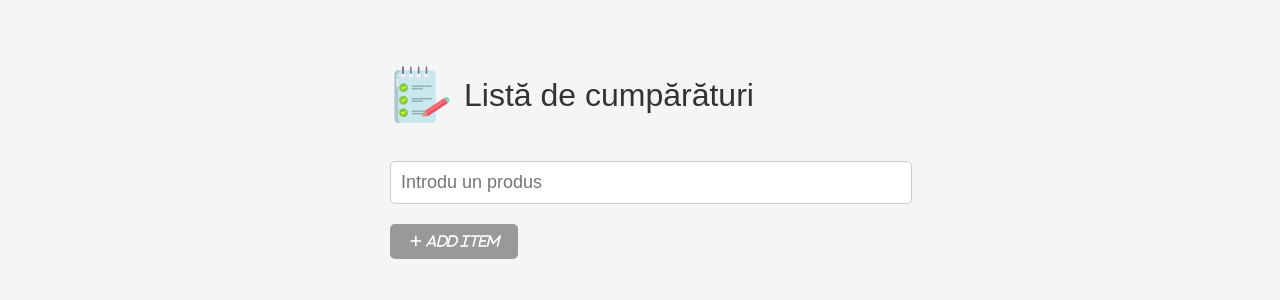
Repository: klaus0005/shopping-list
Page: index.html
An editor plug-in stored every save of this project. The page is shown before and after the next save, followed by the edit.
The browser window is 1280 px wide. The pictures show the whole page.
Some web libraries are served in a nearby version.

Above is the page before, as saved 2024-06-26 23:55:56.

### index.html
<!DOCTYPE html>
<html lang="en">

  <head>
    <meta charset="UTF-8" />
    <meta http-equiv="X-UA-Compatible" content="IE=edge" />
    <meta name="viewport" content="width=device-width, initial-scale=1.0" />
    <link rel="stylesheet" href="https://cdnjs.cloudflare.com/ajax/libs/font-awesome/6.1.2/css/all.min.css"
      integrity="sha512-1sCRPdkRXhBV2PBLUdRb4tMg1w2YPf37qatUFeS7zlBy7jJI8Lf4VHwWfZZfpXtYSLy85pkm9GaYVYMfw5BC1A=="
      crossorigin="anonymous" referrerpolicy="no-referrer" />
    <link rel="stylesheet" href="style.css" />
    <title>Listă de cumpărături</title>
  </head>

  <body>
    <div class="container">
      <header>
        <img src="images/note.png" alt="" />
        <h1>Listă de cumpărături</h1>
      </header>
      <form id="item-form">
        <div class="form-control">
          <input type="text" class="form-input" id="item-input" name="item" placeholder="Introdu un produs" />
        </div>
        <div class="form-control">
          <button type="submit" class="btn">
            <i class="fa-solid fa-plus"></i> Adaugă
          </button>
        </div>
      </form>

      <div class="filter">
        <input type="text" class="form-input-filter" id="filter" placeholder="Filtrează produse" />
      </div>

      <ul id="item-list" class="items"></ul>

      <button id="clear" class="btn-clear">Șterge tot</button>
    </div>

    <script src="script.js"></script>
  </body>

</html>

### style.css
git add .
@import url('https://fonts.googleapis.com/css2?family=Poppins:wght@300;400;700&display=swap');

*,
*::before,
*::after {
  margin: 0;
  padding: 0;
  box-sizing: border-box;
}

body {
  font-family: 'Poppins', sans-serif;
  font-size: 16px;
  line-height: 1.5;
  color: #333;
  background-color: #f5f5f5;
}

header {
  display: flex;
  justify-content: flex-start;
  align-items: center;
  margin-bottom: 20px;
}

header h1 {
  font-weight: 300;
  margin-left: 10px;
}

.container {
  max-width: 500px;
  margin: 30px auto;
  padding: 20px;
}

.edit-mode {
  color: #ccc;
}

/* Form & Input */
.form-input {
  width: 100%;
  font-size: 18px;
  margin-bottom: 20px;
  padding: 10px;
  border: 1px solid #ccc;
  border-radius: 5px;
  outline: none;
}

.form-input-filter {
  margin-top: 20px;
  width: 100%;
  font-size: 18px;
  margin-bottom: 20px;
  padding: 10px;
  border: none;
  border-bottom: 1px solid #ccc;
  background: transparent;
  outline: none;
}

/* Buttons */
.btn {
  background-color: #333;
  color: #fff;
  border: none;
  border-radius: 5px;
  padding: 10px 20px;
  cursor: pointer;
}

.btn:hover {
  background-color: #444;
}

.btn-link {
  font-size: 16px;
  background-color: transparent;
  color: #333;
  border: none;
  padding: 0;
  cursor: pointer;
}

.btn-clear {
  margin-top: 20px;
  width: 100%;
  font-size: 16px;
  background-color: transparent;
  color: #333;
  border: 1px solid #ccc;
  border-radius: 5px;
  padding: 10px 20px;
  cursor: pointer;
}

.btn-clear:hover {
  background-color: #f1f1f1;
}

.text-red {
  color: red;
}

/* Items */

.items {
  margin-top: 20px;
  display: flex;
  flex-wrap: wrap;
}

.items li {
  display: flex;
  justify-content: space-between;
  width: 45%;
  border: 1px solid #ccc;
  border-radius: 5px;
  padding: 10px 15px;
  margin: 0 5px 20px;
  font-weight: 700;
  cursor: pointer;
}

@media (max-width: 500px) {
  .items li {
    width: 100%;
  }
}

### script.js
const itemForm = document.getElementById('item-form');
const itemInput = document.getElementById('item-input');
const itemList = document.getElementById('item-list');
const clearBtn = document.getElementById('clear');
const itemFilter = document.getElementById('filter');
const formBtn = itemForm.querySelector('button');
let isEditMode = false;

function displayItems() {
  const itemsFromStorage = getItemsFromStorage();
  itemsFromStorage.forEach((item) => addItemToDOM(item));
  checkUI();
}

function onAddItemSubmit(e) {
  e.preventDefault();
  const newItem = itemInput.value;

  //Validate input
  if (newItem === '') {
    alert('Please add an item');
    return;
  }

  //Check for edit mode
  if (isEditMode) {
    const itemToEdit = itemList.querySelector('.edit-mode');

    removeItemFromStorage(itemToEdit.textContent);
    itemToEdit.classList.remove('.edit-mode');
    itemToEdit.remove();
    isEditMode = false;
  } else {
    if (checkIfItemExist(newItem)) {
      alert('That item already exists!');
      return;
    }
  }

  //Create item to DOM element
  addItemToDOM(newItem);

  //Add item to local storage
  addItemToStorage(newItem);

  checkUI();

  itemInput.value = '';
}

function addItemToDOM(item) {
  //Create list item
  const li = document.createElement('li');
  li.appendChild(document.createTextNode(item));

  const button = createButton('remove-item btn-link text-red');
  li.appendChild(button);

  // Add li to the DOM
  itemList.appendChild(li);
}

function createButton(classes) {
  const button = document.createElement('button');
  button.className = classes;
  const icon = createIcon('fa-solid fa-xmark');
  button.appendChild(icon);
  return button;
}

function createIcon(classes) {
  const icon = document.createElement('i');
  icon.className = classes;
  return icon;
}

function addItemToStorage(item) {
  const itemsFromStorage = getItemsFromStorage();

  // Add new item to an array
  itemsFromStorage.push(item);

  //convert to JSON string and set to local storage
  localStorage.setItem('items', JSON.stringify(itemsFromStorage));
}

function getItemsFromStorage() {
  let itemsFromStorage;

  if (localStorage.getItem('items') === null) {
    itemsFromStorage = [];
  } else {
    itemsFromStorage = JSON.parse(localStorage.getItem('items'));
  }

  return itemsFromStorage;
}

function onClickItem(e) {
  if (e.target.parentElement.classList.contains('remove-item')) {
    removeItem(e.target.parentElement.parentElement);
  } else {
    setItemToEdit(e.target);
  }
}

function checkIfItemExist(item) {
  const itemsFromStorage = getItemsFromStorage();
  return itemsFromStorage.includes(item);
}

function setItemToEdit(item) {
  isEditMode = true;

  itemList
    .querySelectorAll('li')
    .forEach((i) => i.classList.remove('edit-mode'));

  item.classList.add('edit-mode');
  formBtn.innerHTML = '<i class="fa-solid fa-pen"></i>   Update Item';
  itemInput.value = item.textContent;
  formBtn.style.backgroundColor = '#228B22';
}

function removeItem(item) {
  if (confirm('Are you sure')) {
    //Remove item from DOM
    item.remove();

    //Remove item from storage
    removeItemFromStorage(item.textContent);

    checkUI();
  }
}

function removeItemFromStorage(item) {
  let itemsFromStorage = getItemsFromStorage();
  //Filter out item to be removed

  itemsFromStorage = itemsFromStorage.filter((i) => i !== item);

  //re-set to local storage
  localStorage.setItem('items', JSON.stringify(itemsFromStorage));
}

function clearItems() {
  while (itemList.firstChild) {
    itemList.removeChild(itemList.firstChild);
  }

  //Clear from localStorage
  localStorage.removeItem('items');
  checkUI();
}

function filterItems(e) {
  const items = itemList.querySelectorAll('li');
  const text = e.target.value.toLowerCase();
  items.forEach((item) => {
    const itemName = item.firstChild.textContent.toLowerCase();
    if (itemName.indexOf(text) != -1) {
      item.style.display = 'flex';
    } else {
      item.style.display = 'none';
    }
  });
}

function checkUI() {
  itemInput.value = '';

  const items = itemList.querySelectorAll('li');
  if (items.length === 0) {
    clearBtn.style.display = 'none';
    itemFilter.style.display = 'none';
  } else {
    clearBtn.style.display = 'block';
    itemFilter.style.display = 'block';
  }

  formBtn.innerHTML = '<i class="fa-solid fa-plus"><i> Add item';
  formBtn.style.backgroundColor = '#999';

  isEditMode = false;
}

//Initialize app
function init() {
  // Event listeners
  itemForm.addEventListener('submit', onAddItemSubmit);
  itemList.addEventListener('click', onClickItem);
  clearBtn.addEventListener('click', clearItems);
  itemFilter.addEventListener('input', filterItems);
  document.addEventListener('DOMContentLoaded', displayItems);

  checkUI();
}
init();

After the next save:
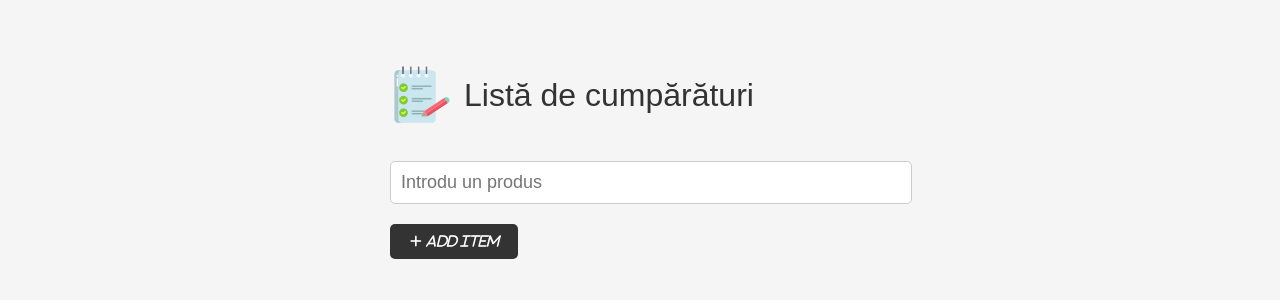
Saved 43 s later.
--- a/script.js
+++ b/script.js
@@ -180,7 +180,7 @@ function checkUI() {
   }
 
   formBtn.innerHTML = '<i class="fa-solid fa-plus"><i> Add item';
-  formBtn.style.backgroundColor = '#999';
+  formBtn.style.backgroundColor = '#333';
 
   isEditMode = false;
 }
